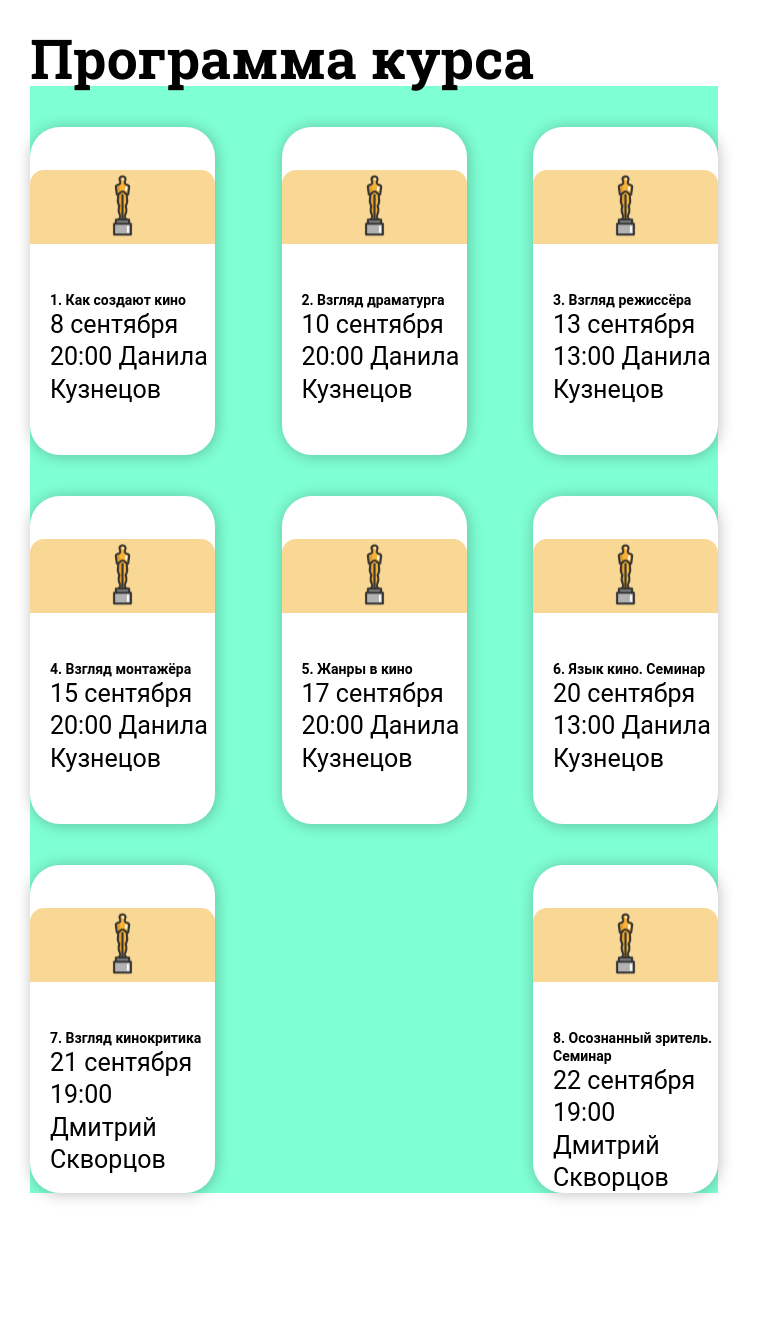
Repository: MehdiKerimov/Figma-task-18
Page: pages/homePage/index.html
These files come from the project's save history. The page is drawn as it stood at one moment and after a run of saves; the edit follows.
The browser window is 768 px wide. The pictures show the whole page.
The style sheet was rebuilt from its Sass, Less or Tailwind sources for each picture, by a compiler version that may differ from the author's.

Above is the page before, as saved 2023-11-28 10:34:06.

### pages/homePage/index.html
<!DOCTYPE html>
<html lang="en">
  <head>
    <meta charset="UTF-8" />
    <meta name="viewport" content="width=device-width, initial-scale=1.0" />
    <title>Document</title>
    <link rel="stylesheet" href="../../assets/css/reset.css" />
    <link rel="stylesheet" href="index.css" />
  </head>
  <body>
    <div class="container">
      <h1>Программа курса</h1>
      <ul>
        <li>
          <svg
            xmlns="http://www.w3.org/2000/svg"
            xmlns:xlink="http://www.w3.org/1999/xlink"
            width="399"
            height="160"
            viewBox="0 0 399 160"
            fill="none"
          >
            <path
              d="M0 30C0 13.4315 13.4315 0 30 0H369C385.569 0 399 13.4315 399 30V160H0V30Z"
              fill="url(#pattern0)"
            />
            <defs>
              <pattern
                id="pattern0"
                patternContentUnits="objectBoundingBox"
                width="1"
                height="1"
              >
                <use
                  xlink:href="#image0_1_117"
                  transform="matrix(0.000833333 0 0 0.00207813 0 -0.214596)"
                />
              </pattern>
              <image
                id="image0_1_117"
                width="1200"
                height="800"
                xlink:href="data:[embedded picture, 68827 characters]"
              />
            </defs>
          </svg>
          <h2>1. Как создают кино</h2>
          <p>8 сентября 20:00 Данила Кузнецов</p>
        </li>
        <li>
          <svg
            xmlns="http://www.w3.org/2000/svg"
            xmlns:xlink="http://www.w3.org/1999/xlink"
            width="399"
            height="160"
            viewBox="0 0 399 160"
            fill="none"
          >
            <path
              d="M0 30C0 13.4315 13.4315 0 30 0H369C385.569 0 399 13.4315 399 30V160H0V30Z"
              fill="url(#pattern0)"
            />
            <defs>
              <pattern
                id="pattern0"
                patternContentUnits="objectBoundingBox"
                width="1"
                height="1"
              >
                <use
                  xlink:href="#image0_1_129"
                  transform="matrix(0.000833333 0 0 0.00207813 0 -0.214596)"
                />
              </pattern>
              <image
                id="image0_1_129"
                width="1200"
                height="800"
                xlink:href="data:[embedded picture, 106779 characters]"
              />
            </defs>
          </svg>
          <h2>2. Взгляд драматурга</h2>
          <p>10 сентября 20:00 Данила Кузнецов</p>
        </li>
        <li>
          <svg
            xmlns="http://www.w3.org/2000/svg"
            xmlns:xlink="http://www.w3.org/1999/xlink"
            width="399"
            height="160"
            viewBox="0 0 399 160"
            fill="none"
          >
            <path
              d="M0 30C0 13.4315 13.4315 0 30 0H369C385.569 0 399 13.4315 399 30V160H0V30Z"
              fill="url(#pattern0)"
            />
            <defs>
              <pattern
                id="pattern0"
                patternContentUnits="objectBoundingBox"
                width="1"
                height="1"
              >
                <use
                  xlink:href="#image0_1_133"
                  transform="matrix(0.000833333 0 0 0.00207813 0 -0.214596)"
                />
              </pattern>
              <image
                id="image0_1_133"
                width="1200"
                height="800"
                xlink:href="data:[embedded picture, 57403 characters]"
              />
            </defs>
          </svg>
          <h2>3. Взгляд режиссёра</h2>
          <p>13 сентября 13:00 Данила Кузнецов</p>
        </li>
        <li>
          <svg
            xmlns="http://www.w3.org/2000/svg"
            xmlns:xlink="http://www.w3.org/1999/xlink"
            width="399"
            height="160"
            viewBox="0 0 399 160"
            fill="none"
          >
            <path
              d="M0 30C0 13.4315 13.4315 0 30 0H369C385.569 0 399 13.4315 399 30V160H0V30Z"
              fill="url(#pattern0)"
            />
            <defs>
              <pattern
                id="pattern0"
                patternContentUnits="objectBoundingBox"
                width="1"
                height="1"
              >
                <use
                  xlink:href="#image0_1_144"
                  transform="matrix(0.000833333 0 0 0.00207813 0 -0.214596)"
                />
              </pattern>
              <image
                id="image0_1_144"
                width="1200"
                height="800"
                xlink:href="data:[embedded picture, 49903 characters]"
              />
            </defs>
          </svg>
          <h2>4. Взгляд монтажёра</h2>
          <p>15 сентября 20:00 Данила Кузнецов</p>
        </li>
        <li>
          <svg
            xmlns="http://www.w3.org/2000/svg"
            xmlns:xlink="http://www.w3.org/1999/xlink"
            width="399"
            height="160"
            viewBox="0 0 399 160"
            fill="none"
          >
            <path
              d="M0 30C0 13.4315 13.4315 0 30 0H369C385.569 0 399 13.4315 399 30V160H0V30Z"
              fill="url(#pattern0)"
            />
            <defs>
              <pattern
                id="pattern0"
                patternContentUnits="objectBoundingBox"
                width="1"
                height="1"
              >
                <use
                  xlink:href="#image0_1_145"
                  transform="matrix(0.000833333 0 0 0.00207813 0 -0.214596)"
                />
              </pattern>
              <image
                id="image0_1_145"
                width="1200"
                height="800"
                xlink:href="data:[embedded picture, 90219 characters]"
              />
            </defs>
          </svg>
          <h2>5. Жанры в кино</h2>
          <p>17 сентября 20:00 Данила Кузнецов</p>
        </li>
        <li>
          <svg
            xmlns="http://www.w3.org/2000/svg"
            xmlns:xlink="http://www.w3.org/1999/xlink"
            width="399"
            height="160"
            viewBox="0 0 399 160"
            fill="none"
          >
            <path
              d="M0 30C0 13.4315 13.4315 0 30 0H369C385.569 0 399 13.4315 399 30V160H0V30Z"
              fill="url(#pattern0)"
            />
            <defs>
              <pattern
                id="pattern0"
                patternContentUnits="objectBoundingBox"
                width="1"
                height="1"
              >
                <use
                  xlink:href="#image0_1_146"
                  transform="matrix(0.000833333 0 0 0.00207813 0 -0.214596)"
                />
              </pattern>
              <image
                id="image0_1_146"
                width="1200"
                height="800"
                xlink:href="data:[embedded picture, 74483 characters]"
              />
            </defs>
          </svg>
          <h2>6. Язык кино. Семинар</h2>
          <p>20 сентября 13:00 Данила Кузнецов</p>
        </li>
        <li>
          <svg
            xmlns="http://www.w3.org/2000/svg"
            xmlns:xlink="http://www.w3.org/1999/xlink"
            width="399"
            height="160"
            viewBox="0 0 399 160"
            fill="none"
          >
            <path
              d="M0 30C0 13.4315 13.4315 0 30 0H369C385.569 0 399 13.4315 399 30V160H0V30Z"
              fill="url(#pattern0)"
            />
            <defs>
              <pattern
                id="pattern0"
                patternContentUnits="objectBoundingBox"
                width="1"
                height="1"
              >
                <use
                  xlink:href="#image0_1_146"
                  transform="matrix(0.000833333 0 0 0.00207813 0 -0.214596)"
                />
              </pattern>
              <image
                id="image0_1_146"
                width="1200"
                height="800"
                xlink:href="data:[embedded picture, 74483 characters]"
              />
            </defs>
          </svg>
          <h2>7. Взгляд кинокритика</h2>
          <p>21 сентября 19:00 Дмитрий Скворцов</p>
        </li>
        <li>
          <svg
            xmlns="http://www.w3.org/2000/svg"
            xmlns:xlink="http://www.w3.org/1999/xlink"
            width="399"
            height="160"
            viewBox="0 0 399 160"
            fill="none"
          >
            <path
              d="M0 30C0 13.4315 13.4315 0 30 0H369C385.569 0 399 13.4315 399 30V160H0V30Z"
              fill="url(#pattern0)"
            />
            <defs>
              <pattern
                id="pattern0"
                patternContentUnits="objectBoundingBox"
                width="1"
                height="1"
              >
                <use
                  xlink:href="#image0_1_146"
                  transform="matrix(0.000833333 0 0 0.00207813 0 -0.214596)"
                />
              </pattern>
              <image
                id="image0_1_146"
                width="1200"
                height="800"
                xlink:href="data:[embedded picture, 74483 characters]"
              />
            </defs>
          </svg>
          <h2>8. Осознанный зритель. Семинар</h2>
          <p>22 сентября 19:00 Дмитрий Скворцов</p>
        </li>
      </ul>
    </div>
  </body>
</html>

### assets/css/reset.css
*{
    margin: 0;
    padding: 0;
    box-sizing: border-box;
}
li{
 list-style-type: none;
}

### pages/homePage/index.scss
@import url('https://fonts.googleapis.com/css2?family=Roboto+Slab:wght@400;700&display=swap');

.container {
    background: #FFF;
    padding: 30px 50px 144px 30px;
    min-height: 100vh;


    h1 {
        color: #000;
        font-family: Roboto Slab;
        font-size: 55px;
        font-style: normal;
        font-weight: 700;
        line-height: 101.385%;
    }

    ul {
        display: flex;
        justify-content: space-between;
        flex-wrap: wrap;
        background-color: aquamarine;

        li {

            margin-top: 41px;
            list-style-type: none;
            /* margin-right: 37px; */
            width: 399px;
            height: 328px;
            border-radius: 30px;
            background: #FFF;
            box-shadow: 1px 1px 15px 0px rgba(0, 0, 0, 0.25);
            @media screen and (max-width:768px) {
           width: 185px;
            }
            svg {
                width: 100%;

            }

            h2 {
                margin-left: 20px;
                /* width: 365px; */
                color: #000;
                font-family: Roboto;
                font-size: 30px;
                font-style: normal;
                font-weight: 700;
                line-height: 130%;
                @media screen and (max-width:768px) {
        font-size: 14px;
                }
            }

            p {
                /* width: 365px; */
                margin-left: 20px;
                color: #000;
                font-family: Roboto;
                font-size: 25px;
                font-style: normal;
                font-weight: 400;
                line-height: 130%;
                @media screen and (max-width:768px) {

                }
            }
        }
    }
}

After the next 2 saves:
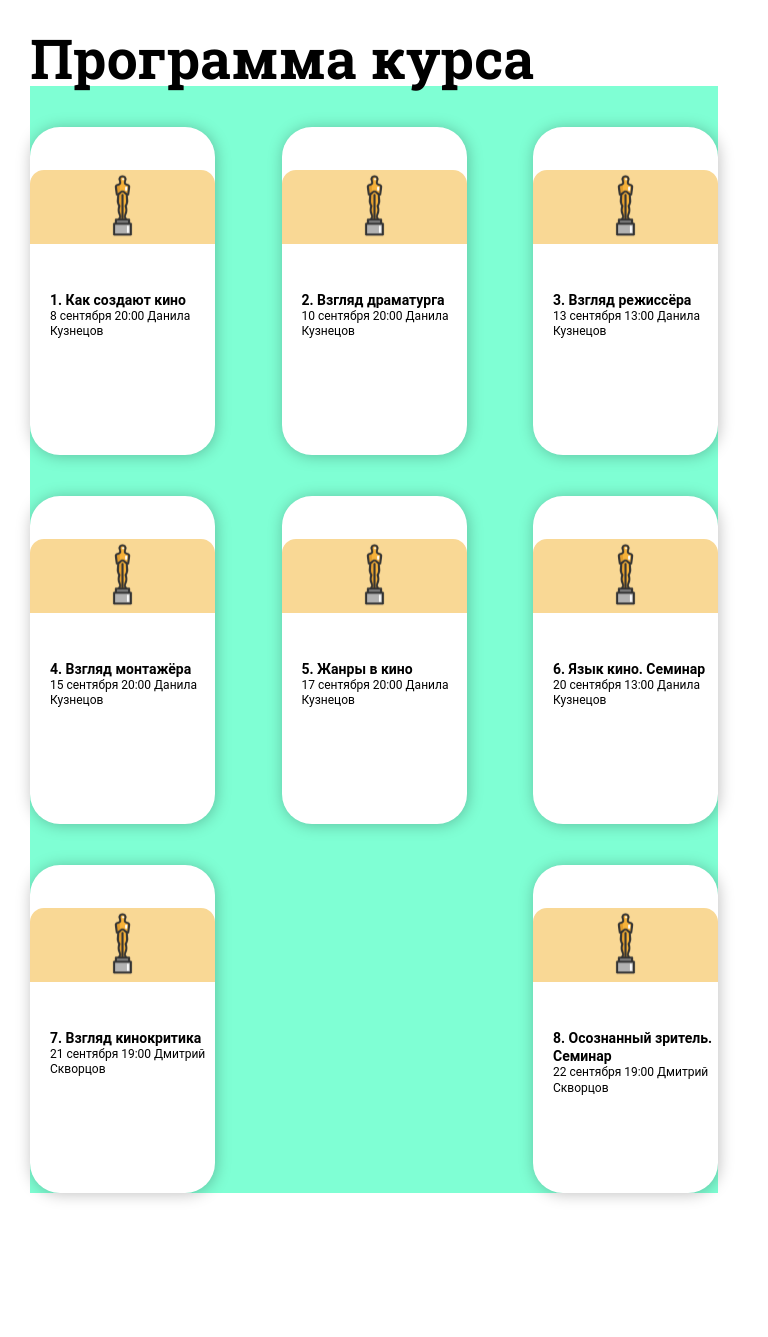
The 2 saves are shown as one change because 1 did not build or start.
The last was saved 12 s later.
--- a/pages/homePage/index.scss
+++ b/pages/homePage/index.scss
@@ -63,7 +63,7 @@
                 font-weight: 400;
                 line-height: 130%;
                 @media screen and (max-width:768px) {
-
+        font-size: 12px;
                 }
             }
         }
